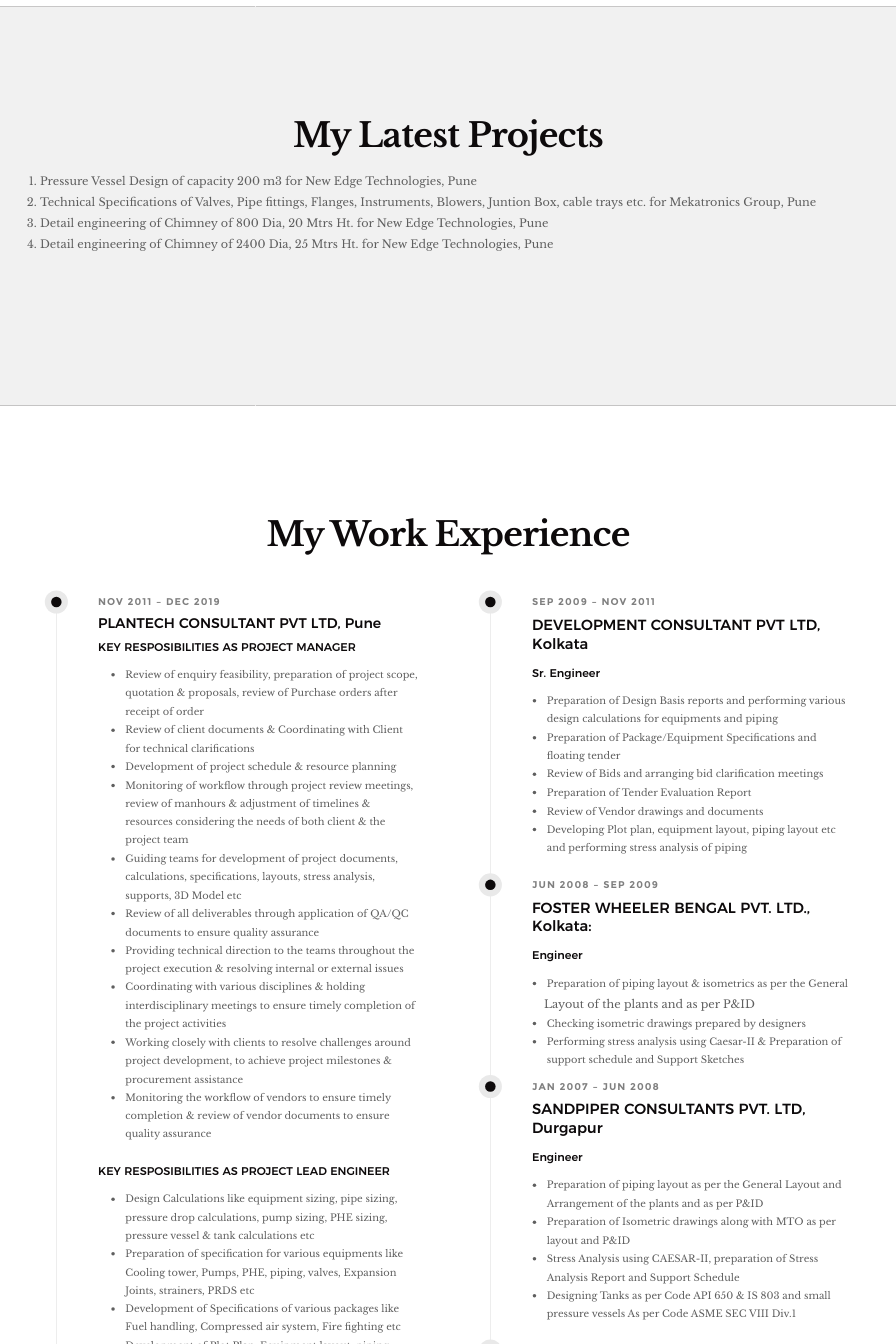
Repository: sumana1001/myprofile
Page: index.html
An editor plug-in stored every save of this project. The page is shown before and after the next save, followed by the edit.
The browser window is 1280 px wide. The pictures show the part of the page from y = 2382 to 4302 px (the page is 6148 px tall before and 6253 px after), at 70% of full size.

Above is the page before, as saved 2020-05-07 10:17:53.

After the next save:
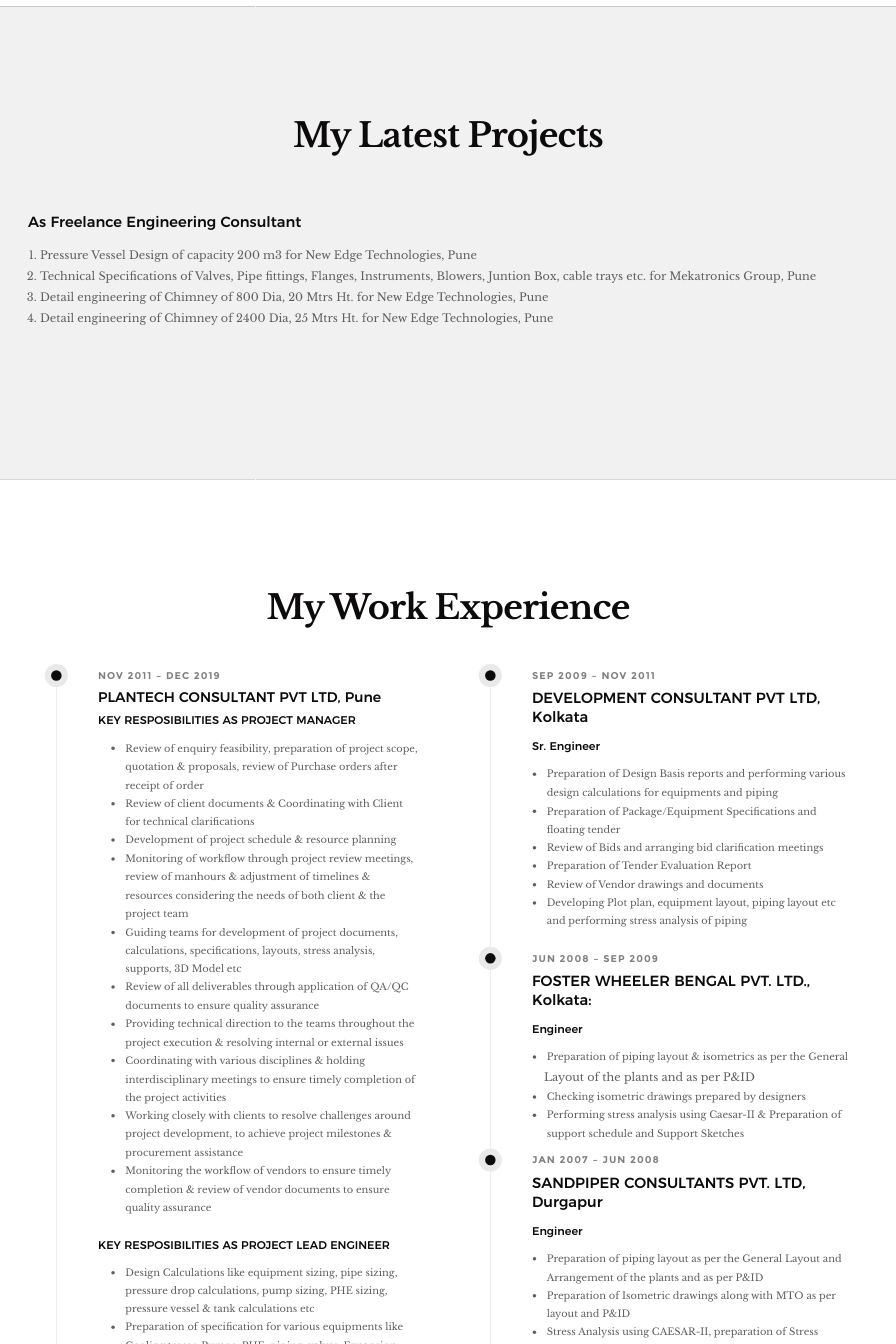
Saved 11 s later.
--- a/index.html
+++ b/index.html
@@ -222,6 +222,7 @@
         </div>
 
         <div class="row about-content about-content--timeline">
+            <h4>As Freelance Engineering Consultant</h4>
             <ol>
                 <li>Pressure Vessel Design of capacity 200 m3 for New Edge Technologies, Pune</li>
                 <li>Technical Specifications of Valves, Pipe fittings, Flanges, Instruments, Blowers, Juntion Box, cable
